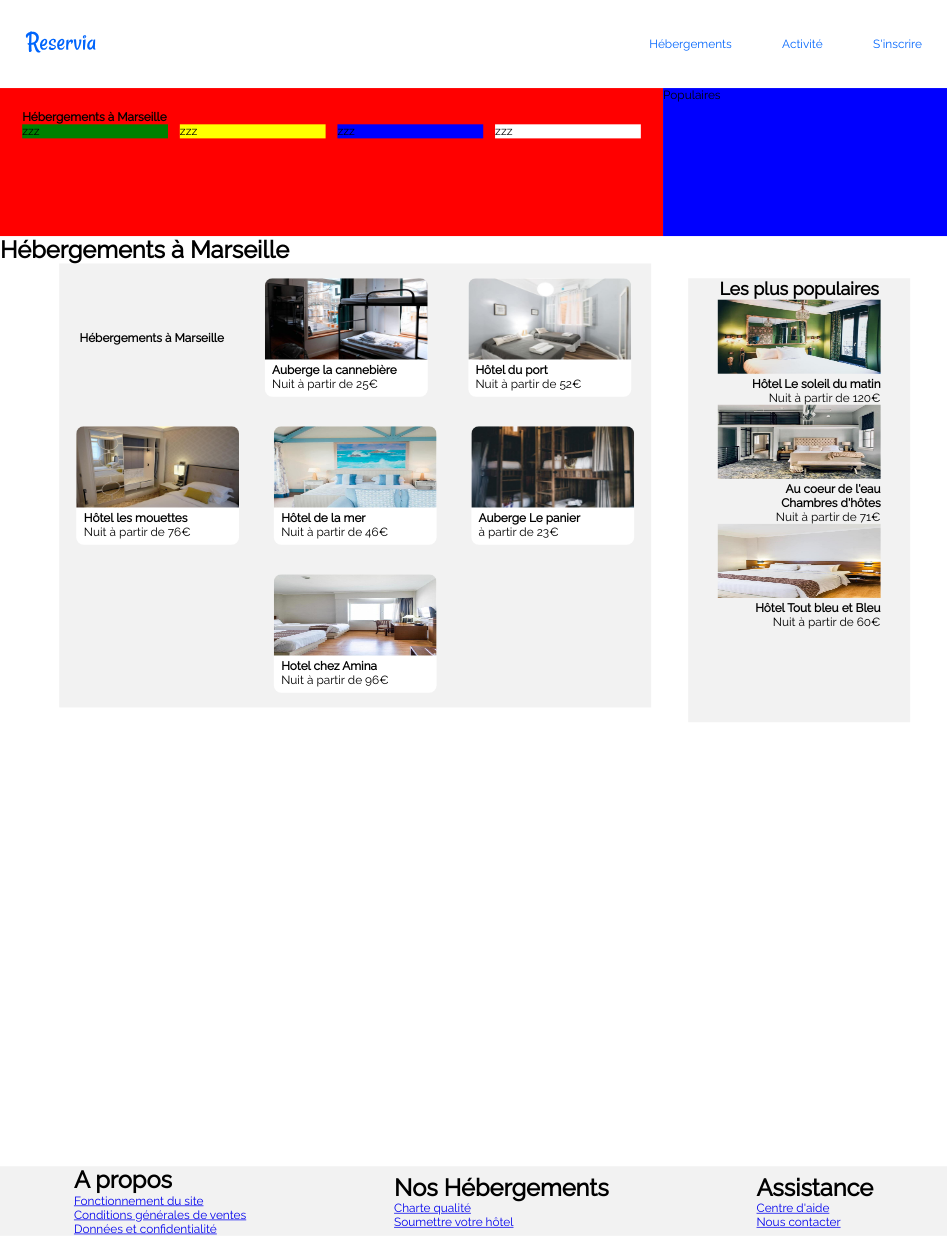
Repository: SoumareHarona/Soumaraharona_P2_18052021
Page: reservia.html
These files come from the project's save history. The page is drawn as it stood at one moment and after the next save; the edit follows.
The browser window is 1280 px wide. The pictures show the whole page, at 74% of full size.

Above is the page before, as saved 2021-06-14 16:10:42.

### reservia.html
<!DOCTYPE html>
<html lang="fr">
    <head>
        <link rel="preconnect" href="https://fonts.gstatic.com">
        <link href="https://fonts.googleapis.com/css2?family=Raleway:wght@100&display=swap" rel="stylesheet">
        <meta charset="utf-8">
        <title>Réservia</title>
        <link rel="stylesheet" href="style.css">
        <link rel="icon" type="image/png" sizes="16x16" href="images/logo/Reservia@3x.png">
    </head>

    <body>
        <header>

            <nav class="navbar">
                <ul>
                    <li class="navbar-logo"><a href="#"><img class="logo" src="images/logo/Reservia.svg"></a></li>
                    <li class="=navbar-links"><a href="#">Hébergements</a></li>
                    <li class="navbar-links"><a href="#">Activité</a></li>
                    <li class="navbar-links"><a href="#">S'inscrire</a></li>
                </ul>
            </nav>

        </header>

        <div class="hebEtPop">
            <div class="heb" style="background-color: red;padding: 30px;">
                <p class="titre"><b>Hébergements à Marseille</b></p>
                <div class="cards" style="display: flex;gap:1rem">

                    <div class="card" style="background-color: green;width: 33%;">zzz</div>
                    <div class="card" style="background-color: yellow;width: 33%;">zzz</div>
                    <div class="card" style="background-color: blue;width: 33%;">zzz</div>
                    <div class="card" style="background-color: white;width: 33%;">zzz</div>

                </div>

            </div>
            <div class="pop" style="background-color: blue;height: 200px;">Populaires</div>
        </div>

        <div><h1>Hébergements à Marseille</h1></div>


            <div id="hebergements">
                <div class="titre"><p><b>Hébergements à Marseille</b></p></div>
                <div class="items">
                    <a href="#"><img class="mosaique" src="images/hebergements/4_small/marcus-loke-WQJvWU_HZFo-unsplash.jpg" alt="" ></a>
                    <p><b>Auberge la cannebière</b><br>Nuit à partir de 25€</p>
                </div>

                <div class="items">
                    <a href="#"><img class="mosaique" src="images/hebergements/4_small/fred-kleber-gTbaxaVLvsg-unsplash.jpg" alt="" ></a>
                    <p><b>Hôtel du port</b><br> Nuit à partir de 52€</p>
                </div>

                <div class="items">
                    <a href="#"><img class="mosaique" src="images/hebergements/4_small/reisetopia-B8WIgxA_PFU-unsplash.jpg" alt="" ></a>
                    <p><b>Hôtel les mouettes</b><br>Nuit à partir de 76€</p>
                </div>

                <div class="items">
                    <a href="#"><img class="mosaique" src="images/hebergements/4_small/annie-spratt-Eg1qcIitAuA-unsplash.jpg" alt="" ></a>
                    <p><b>Hôtel de la mer</b> <br> Nuit à partir de 46€</p>
                </div>

                <div class="items">
                    <a href="#"><img class="mosaique" src="images/hebergements/4_small/nicate-lee-kT-ZyaiwBe0-unsplash.jpg" alt=""  ></a>
                    <p><b>Auberge Le panier</b><br> à partir de 23€</p>
                </div>

                <div class="items">
                    <a href="#"><img class="mosaique" src="images/hebergements/4_small/febrian-zakaria-M6S1WvfW68A-unsplash.jpg" alt="" ></a>
                    <p><b>Hotel chez Amina</b><br> Nuit à partir de 96€</p>
                </div>
            </div>

            <aside>
                <h2>Les plus populaires</h2>
                <div class="item-aside">
                    <a href="#"><img src="images/hebergements/4_small/emile-guillemot-Bj_rcSC5XfE-unsplash.jpg" alt="" height="100" width="220"></a>
                    <p><b>Hôtel Le soleil du matin</b><br>Nuit à partir de 120€</p>
                </div>

                <div class="item-aside">
                    <a href="#"><img src="images/hebergements/4_small/aw-creative-VGs8z60yT2c-unsplash.jpg" alt="" height="100" width="220"></a>
                    <p><b>Au coeur de l'eau</b><br><b>Chambres d'hôtes</b><br>Nuit à partir de 71€</p>
                </div>

                <div class="item-aside">
                    <a href="#"><img src="images/hebergements/4_small/febrian-zakaria-sjvU0THccQA-unsplash.jpg" alt="" height="100" width="220"></a>
                    <p><b>Hôtel Tout bleu et Bleu</b><br>Nuit à partir de 60€</p>
                </div>
        </aside>

        <footer>
            <div id="footer">
                <div class="item-footer">
                    <h1>A propos</h1>
                    <ul>
                        <li><a href="#">Fonctionnement du site</a></li>
                        <li><a href="#">Conditions générales de ventes</a></li>
                        <li><a href="#">Données et confidentialité</a></li>
                    </ul>
                </div>

                <div class="item-footer">
                    <h1>Nos Hébergements</h1>
                    <ul>
                        <li><a href="#">Charte qualité</a></li>
                        <li><a href="#">Soumettre votre hôtel</a></li>
                    </ul>
                </div>

                <div class="item-footer">
                    <h1>Assistance</h1>
                    <ul>
                        <li><a href="#">Centre d'aide</a></li>
                        <li><a href="#">Nous contacter</a></li>
                    </ul>
                </div>
            </div>
        </footer>
    </body>
</html>

### style.css
@import url("https://fonts.googleapis.com/css2?family=Raleway&display=swap");

* {
  margin: 0;
  padding: 0;
  box-sizing: border-box;
  font-family: "Raleway";
}
.navbar ul {
  display: flex;
  width: 100%;
  align-items: center;
  background-color: white;
}

.navbar li {
  list-style-type: none;
  padding: 1.5rem;
  margin: 10px;
}

.navbar a {
  text-decoration: none;
  color: #0065fc;
}
.navbar-logo {
  flex: 1;
  font-size: 1.5rem;
  user-select: none;
}

.navbar-links : :hover {
  background-color: #deebff;
}

.titre {
  display: flex;
  justify-content: flex-start;
  margin: 0;
}
#hebergements {
  display: flex;
  flex-wrap: wrap;
  justify-content: space-around;
  max-width: 800px;
  width: 80%;
  background-color: #f2f2f2;
  margin-left: 80px;
  align-items: center;
  height: 600px;
  border: 30px;
}

.items {
  width: 220px;
  height: 160px;
  background-color: white;
  border-radius: 10px;
  align-items: center;
  border: 20px;
}
.items img {
  width: 220px;
  height: 110px;
  border-top-left-radius: 10px;
  border-top-right-radius: 10px;
}

.items p {
  margin-left: 10px;
}

aside {
  display: flex;
  flex-direction: column;
  float: right;
  height: 600px;
  width: 300px;
  text-align: right;
  margin-top: 20px;
  background-color: #f2f2f2;
  position: relative;
  top: -600px;
  margin-right: 50px;
  align-items: center;
}

.item-footer ul {
  list-style-type: none;
}

.item-footer li {
  align-items: center;
}
#footer {
  display: flex;
  justify-content: space-around;
  flex-wrap: wrap;
  align-items: center;
  background-color: #f2f2f2;
  max-width: 1400px;
  width: 100%;
}

.hebEtPop {
  display: flex;
  flex-wrap: wrap;
}

.heb {
  width: 70%;
}
.pop {
  width: 30%;
}

/* tablet */
@media screen and (min-width: 768px) and (max-width: 1023px) {
  .heb {
    order: 2;
    width: 100%;
  }
  .pop {
    order: 1;
    width: 100%;
  }

  .card {
    width: 100%;
  }
}

/* mobile */
@media screen and (max-width: 767px) {
}

/*
@media (max-width: 600px) {
        .navbar ul {
            flex-wrap: wrap;
        }
        .navbar-links {
            width: 100%;
            text-align: center;
        }
        .aside {
            display: flex;
            flex-direction: row;
            width: 100%;

        }

} */

After the next save:
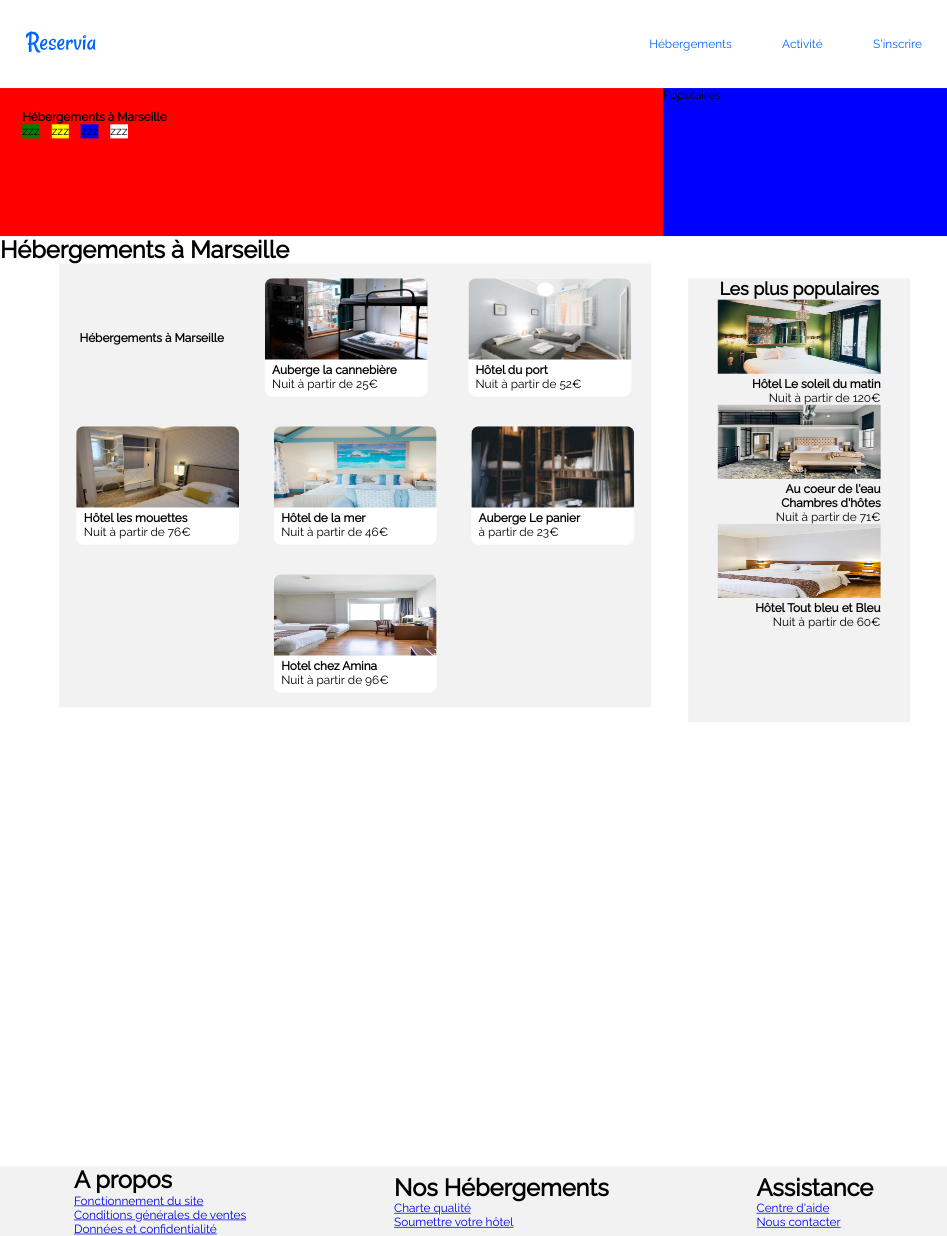
Saved 26 s later.
--- a/reservia.html
+++ b/reservia.html
@@ -28,10 +28,10 @@
                 <p class="titre"><b>Hébergements à Marseille</b></p>
                 <div class="cards" style="display: flex;gap:1rem">
 
-                    <div class="card" style="background-color: green;width: 33%;">zzz</div>
-                    <div class="card" style="background-color: yellow;width: 33%;">zzz</div>
-                    <div class="card" style="background-color: blue;width: 33%;">zzz</div>
-                    <div class="card" style="background-color: white;width: 33%;">zzz</div>
+                    <div class="card" style="background-color: green;">zzz</div>
+                    <div class="card" style="background-color: yellow;">zzz</div>
+                    <div class="card" style="background-color: blue;">zzz</div>
+                    <div class="card" style="background-color: white;">zzz</div>
 
                 </div>
 
--- a/style.css
+++ b/style.css
@@ -126,7 +126,7 @@ aside {
   }
 
   .card {
-    width: 100%;
+    width: 33%;
   }
 }
 
